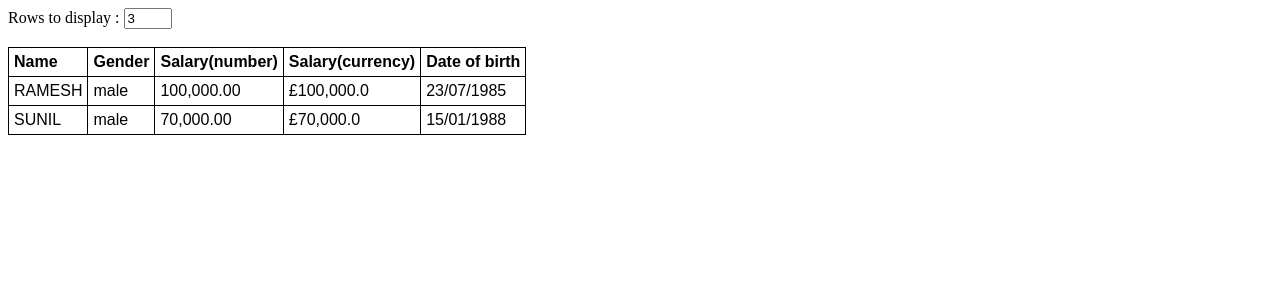
Repository: ammoreloaded/WebProjectFirst
Page: homework/WebProjectFirst/web/filterDemo.html
The author's editor kept a copy of each file at every save. The page is drawn from the files as they stood at one save, then again after the next save.
The browser window is 1280 px wide. The pictures show the whole page.

Above is the page before, as saved 2016-05-19 15:25:18.

After the next save:
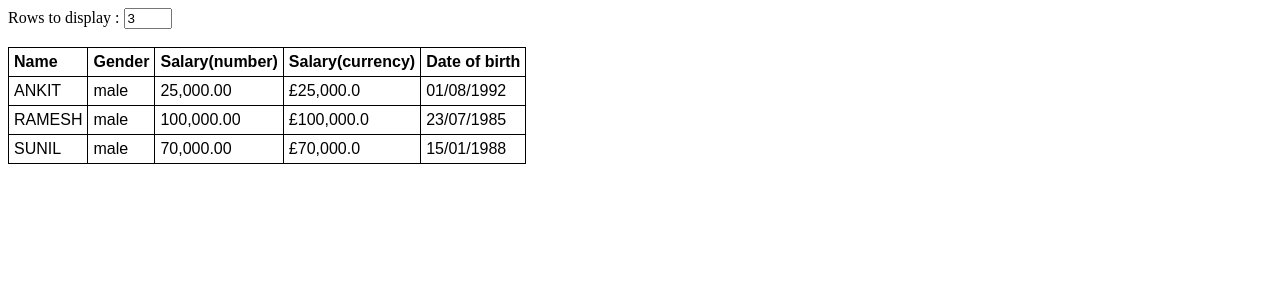
Saved 3 min 56 s later.
--- a/homework/WebProjectFirst/web/filterDemo.html
+++ b/homework/WebProjectFirst/web/filterDemo.html
@@ -19,7 +19,7 @@
 				</tr>
 			</thead>
 			<tbody>
-				<tr ng-repeat="employee in employees | limitTo:2:1 ">
+				<tr ng-repeat="employee in employees | limitTo:rowLimit ">
 					<td>{{ employee.name | uppercase}}</td>
 					<td>{{ employee.gender | lowercase }}</td>
 					<td>{{ employee.salary | number : 2 }}</td>
